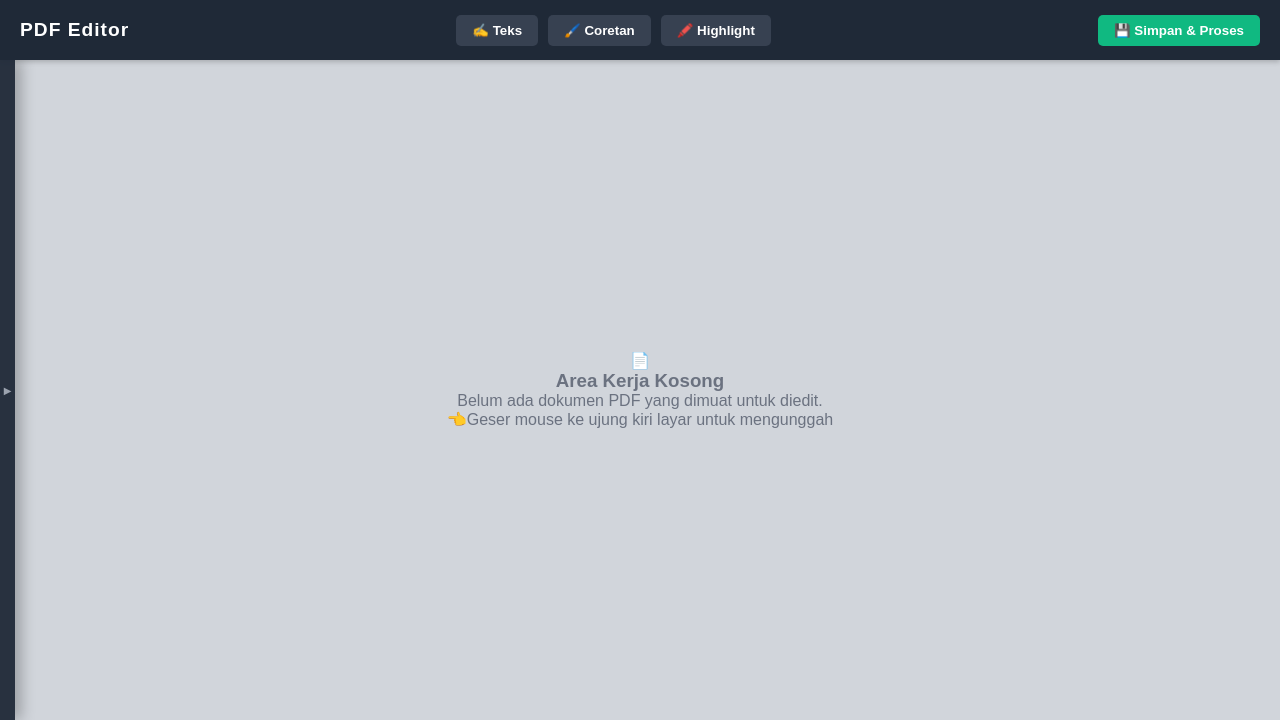
Repository: IkhsanMoekhtar/pdf_editor
Page: /
The author's editor kept a copy of each file at every save. The page is drawn from the files as they stood at one save, then again after the next save.
The browser window is 1280 px wide. The pictures show the whole page.
The project was rebuilt for these pictures with package versions that can differ from the ones it lists, and the page was loaded fresh each time. Also part of the build but not shown: vite.config.js.

Above is the page before, as saved 2026-03-18 04:49:34.

### index.html
<!doctype html>
<html lang="en">
  <head>
    <meta charset="UTF-8" />
    <link rel="icon" type="image/svg+xml" href="/favicon.svg" />
    <meta name="viewport" content="width=device-width, initial-scale=1.0" />
    <title>frontend-pdf</title>
  </head>
  <body>
    <div id="root"></div>
    <script type="module" src="/src/main.jsx"></script>
  </body>
</html>

### src/index.css
/* --- CSS RESET GLOBAL --- */

/* Tanda bintang (*) artinya menerapkan aturan ini ke SEMUA elemen di website */
* {
  margin: 0;
  padding: 0;
  box-sizing: border-box; /* Memastikan padding tidak menambah lebar elemen */
}

/* Memaksa elemen dasar website untuk mengambil 100% layar tanpa sisa */
html, body, #root {
  width: 100%;
  height: 100%;
  background-color: #f3f4f6; /* Warna latar belakang aplikasi kita */
}

/* Menghilangkan font default yang kaku */
body {
  font-family: Inter, system-ui, Avenir, Helvetica, Arial, sans-serif;
  -webkit-font-smoothing: antialiased;
}

### src/App.jsx
import React, { useState } from 'react';
import './App.css';

function App() {
  const [pdfFile, setPdfFile] = useState(null);
  const [activeTool, setActiveTool] = useState(null);

  const handleFileUpload = (event) => {
    const file = event.target.files[0];
    if (file && file.type === 'application/pdf') {
      const fileUrl = URL.createObjectURL(file);
      setPdfFile(fileUrl);
    } else {
      alert("Mohon unggah file dengan format PDF.");
    }
  };

  const handleToolClick = (toolName) => {
    setActiveTool(toolName);
    if (toolName === 'save') {
      alert("Mempersiapkan data untuk dikirim ke backend Golang!");
      setActiveTool(null);
    }
  };

  return (
    <div className="app-container">

      {/* --- TOPBAR: Menu Editing Utama --- */}
      <header className="topbar">
        <div className="brand">
          <strong>PDF Editor</strong>
        </div>

        <div className="tools-group">
          <button
            className={`tool-btn ${activeTool === 'text' ? 'active' : ''}`}
            onClick={() => handleToolClick('text')}
          >
            ✍️ Teks
          </button>
          <button
            className={`tool-btn ${activeTool === 'draw' ? 'active' : ''}`}
            onClick={() => handleToolClick('draw')}
          >
            🖌️ Coretan
          </button>
          <button
            className={`tool-btn ${activeTool === 'highlight' ? 'active' : ''}`}
            onClick={() => handleToolClick('highlight')}
          >
            🖍️ Highlight
          </button>
        </div>

        <button className="tool-btn save-btn" onClick={() => handleToolClick('save')}>
          💾 Simpan & Proses
        </button>
      </header>

      {/* --- AREA KERJA UTAMA --- */}
      <main className="workspace">

        {/* --- SIDEBAR TERSEMBUNYI (Slide dari Kiri) --- */}
        <aside className="slide-sidebar">
          {/* Elemen visual kecil agar user tahu ada menu di kiri */}
          <div className="sidebar-hint">▶</div>

          <div className="sidebar-content">
            <h3 style={{ marginBottom: '20px', borderBottom: '1px solid #4b5563', paddingBottom: '10px' }}>
              Detail Dokumen
            </h3>

            <label className="upload-label">
              Unggah Dokumen PDF
              <input type="file" accept="application/pdf" style={{ display: 'none' }} onChange={handleFileUpload} />
            </label>

            {pdfFile && (
              <div className="document-info">
                <p>✅ Dokumen aktif dimuat.</p>
                <p style={{ fontSize: '12px', color: '#9ca3af', marginTop: '10px' }}>
                  Arahkan mouse keluar dari area ini untuk menutup panel.
                </p>
              </div>
            )}
          </div>
        </aside>

        {/* --- AREA PENAMPIL PDF --- */}
        <div className="viewer-container">
          {pdfFile ? (
            <iframe
              src={pdfFile}
              width="100%"
              height="100%"
              title="PDF Viewer"
              style={{ border: 'none' }}
            />
          ) : (
            <div className="empty-state">
              <div className="empty-state-icon">📄</div>
              <h3>Area Kerja Kosong</h3>
              <p>Belum ada dokumen PDF yang dimuat untuk diedit.</p>

              <div className="upload-hint">
                <span className="animate-bounce">👈</span>
                Geser mouse ke ujung kiri layar untuk mengunggah
              </div>
            </div>
          )}
        </div>

      </main>
    </div>
  );
}

export default App;

### src/App.css
/* --- TATA LETAK UTAMA --- */
.app-container {
  display: flex;
  flex-direction: column; /* Menyusun Topbar ke atas, Workspace ke bawah */
  height: 100vh;
  font-family: sans-serif;
  background-color: #e5e7eb;
}

/* --- TOPBAR (Menu Atas) --- */
.topbar {
  display: flex;
  justify-content: space-between;
  align-items: center;
  background-color: #1f2937;
  color: white;
  padding: 10px 20px;
  height: 60px;
  box-shadow: 0 2px 5px rgba(0,0,0,0.2);
  z-index: 10; /* Memastikan topbar selalu berada di atas elemen lain */
}

.brand {
  font-size: 1.2rem;
  letter-spacing: 1px;
}

.tools-group {
  display: flex;
  gap: 10px;
}

.tool-btn {
  padding: 8px 16px;
  background-color: #374151;
  color: white;
  border: none;
  border-radius: 5px;
  cursor: pointer;
  font-weight: bold;
  transition: all 0.2s;
}

.tool-btn:hover { background-color: #4b5563; }
.tool-btn.active { background-color: #3b82f6; }
.save-btn { background-color: #10b981; }
.save-btn:hover { background-color: #059669; }

/* --- AREA KERJA UTAMA --- */
.workspace {
  flex: 1;
  display: flex;
  position: relative; /* Penting! Menjadi patokan letak absolut untuk sidebar */
  overflow: hidden;
}

/* --- MAGIC: SIDEBAR SLIDE (Hover Trigger) --- */
.slide-sidebar {
  position: absolute; /* Melayang di atas PDF */
  top: 0;
  bottom: 0;
  left: 0;
  width: 15px; /* Area pemicu yang sangat tipis di kiri layar */
  background-color: rgba(31, 41, 55, 0.95);
  color: white;
  z-index: 50;
  transition: width 0.3s cubic-bezier(0.4, 0, 0.2, 1); /* Efek animasi mulus */
  overflow: hidden;
  box-shadow: 5px 0 15px rgba(0,0,0,0.3);
  display: flex;
}

/* Saat mouse menyentuh area 15px tersebut, lebarkan jadi 280px */
.slide-sidebar:hover {
  width: 280px;
}

/* Panah kecil penanda sidebar */
.sidebar-hint {
  min-width: 15px;
  display: flex;
  align-items: center;
  justify-content: center;
  font-size: 10px;
  color: #9ca3af;
  opacity: 1;
  transition: opacity 0.2s;
}

/* Sembunyikan panah saat sidebar terbuka */
.slide-sidebar:hover .sidebar-hint {
  opacity: 0;
  min-width: 0;
}

/* Isi dari sidebar */
.sidebar-content {
  width: 265px; /* Sisa lebar setelah dikurangi hint */
  padding: 20px;
  opacity: 0; /* Teks disembunyikan awalnya */
  transition: opacity 0.3s;
  white-space: nowrap; /* Mencegah teks berantakan saat proses animasi */
}

/* Tampilkan teks hanya saat sidebar terbuka penuh */
.slide-sidebar:hover .sidebar-content {
  opacity: 1;
  transition-delay: 0.1s; /* Menunda teks muncul agar tidak kaku */
}

.upload-label {
  display: block;
  padding: 12px;
  background-color: #3b82f6;
  color: white;
  text-align: center;
  border-radius: 5px;
  cursor: pointer;
  font-weight: bold;
}

.upload-label:hover { background-color: #2563eb; }

/* --- AREA PENAMPIL PDF --- */
.viewer-container {
  width: 100%;
  height: 100%;
  background-color: #d1d5db;
  display: flex;
  justify-content: center;
  align-items: center;
}

.empty-state {
  color: #6b7280;
  text-align: center;
}

Loaded but not shown: src/main.jsx (common file)

After the next save:
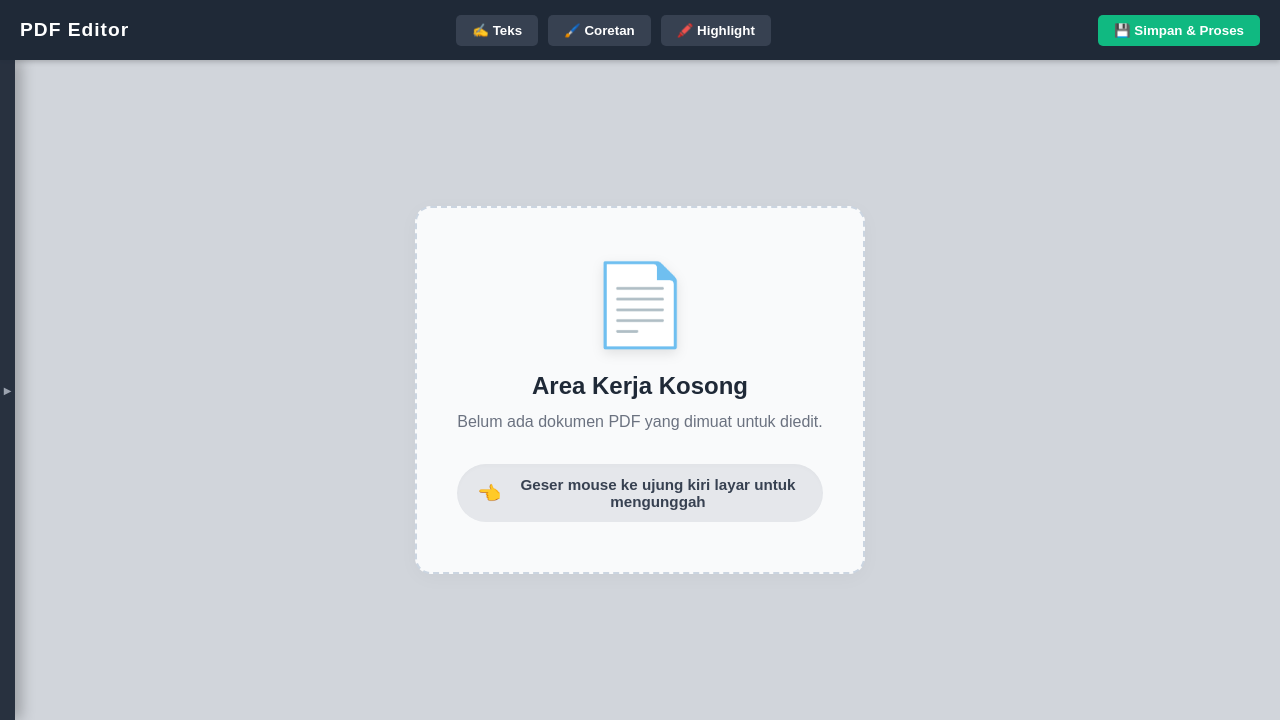
Saved 29 s later.
--- a/src/App.css
+++ b/src/App.css
@@ -131,7 +131,69 @@
   align-items: center;
 }
 
+/* --- DESAIN AREA KOSONG (EMPTY STATE) --- */
 .empty-state {
+  display: flex;
+  flex-direction: column;
+  align-items: center;
+  justify-content: center;
+  text-align: center;
+  background-color: #f9fafb;
+  border: 2px dashed #cbd5e1; /* Garis putus-putus memberikan kesan area upload */
+  border-radius: 16px;
+  padding: 50px 40px;
+  max-width: 450px;
+  box-shadow: 0 4px 20px rgba(0,0,0,0.03);
+  transition: all 0.3s ease;
+}
+
+/* Efek menyala sedikit jika area kosong disorot mouse */
+.empty-state:hover {
+  border-color: #94a3b8;
+  background-color: #ffffff;
+}
+
+.empty-state-icon {
+  font-size: 5rem;
+  margin-bottom: 20px;
+  filter: drop-shadow(0 4px 6px rgba(0,0,0,0.1));
+}
+
+.empty-state h3 {
+  color: #1f2937;
+  font-size: 1.5rem;
+  margin-bottom: 10px;
+  font-weight: 700;
+}
+
+.empty-state p {
   color: #6b7280;
-  text-align: center;
+  margin-bottom: 30px;
+  line-height: 1.5;
 }
+
+/* Petunjuk (Hint) berbentuk pil yang elegan */
+.upload-hint {
+  display: inline-flex;
+  align-items: center;
+  gap: 12px;
+  background-color: #e5e7eb;
+  padding: 12px 24px;
+  border-radius: 999px; /* Membuat bentuknya oval sempurna seperti pil */
+  font-size: 0.95rem;
+  font-weight: 600;
+  color: #374151;
+  box-shadow: inset 0 2px 4px rgba(0,0,0,0.02);
+}
+
+/* --- ANIMASI PANAH (Micro-interaction) --- */
+@keyframes bounce-horizontal {
+  0%, 100% { transform: translateX(0); }
+  50% { transform: translateX(-8px); } /* Bergerak ke kiri sejauh 8px */
+}
+
+.animate-bounce {
+  display: inline-block;
+  animation: bounce-horizontal 1.5s infinite; /* Berulang terus menerus */
+  font-size: 1.2rem;
+}
